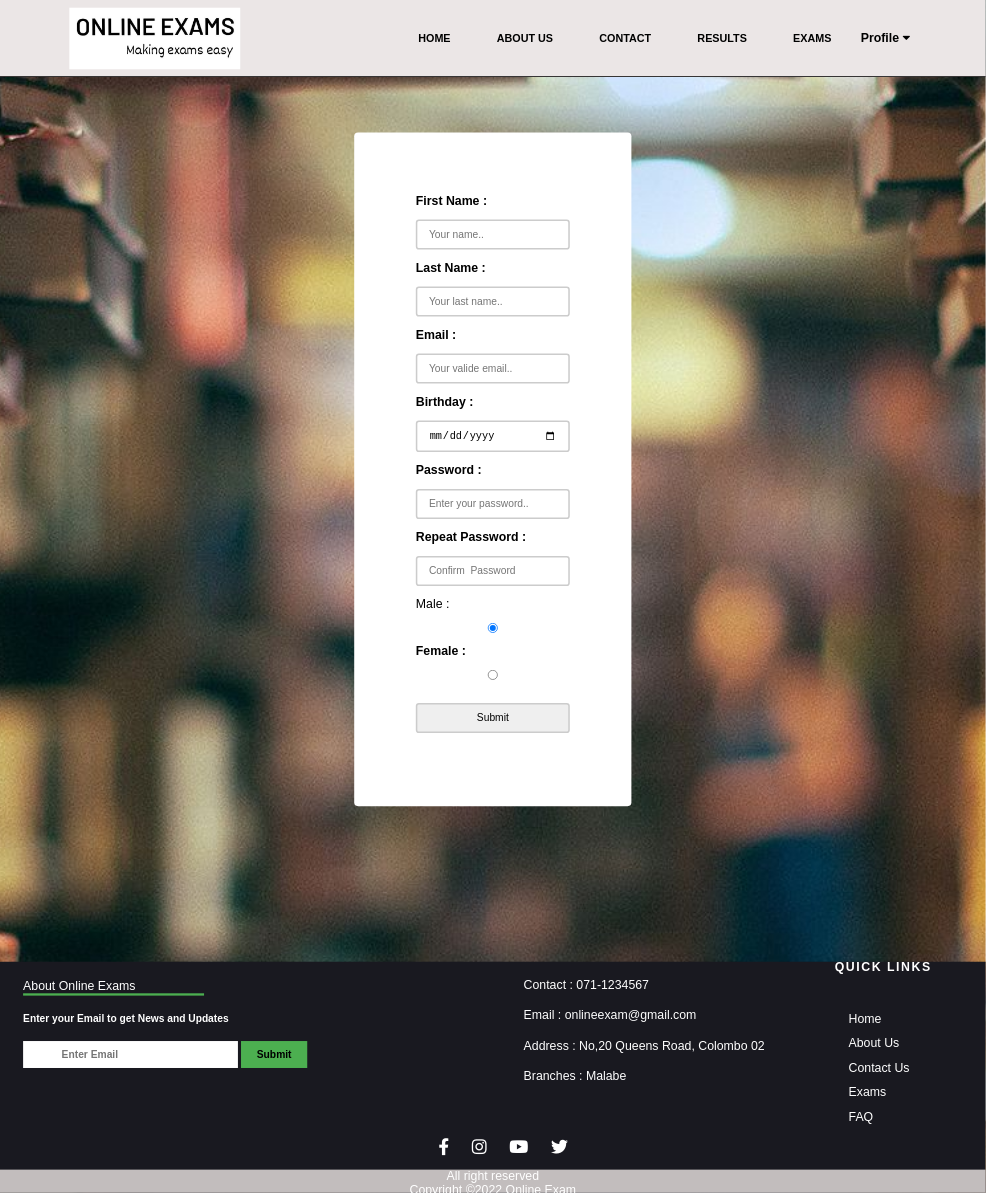
Repository: Isurinda-Shamika/online-exam
Page: http://localhost/online_exam/register.jsp
An editor plug-in stored every save of this project. The page is shown before and after the next save, followed by the edit.
The browser window is 1280 px wide. The pictures show the whole page, at 77% of full size.
Some web libraries are served in a nearby version. The page is served by Tomcat 9. Nobody is signed in. The application's start-up code is not run.

Above is the page before, as saved 2022-11-10 11:35:43.

After the next save:
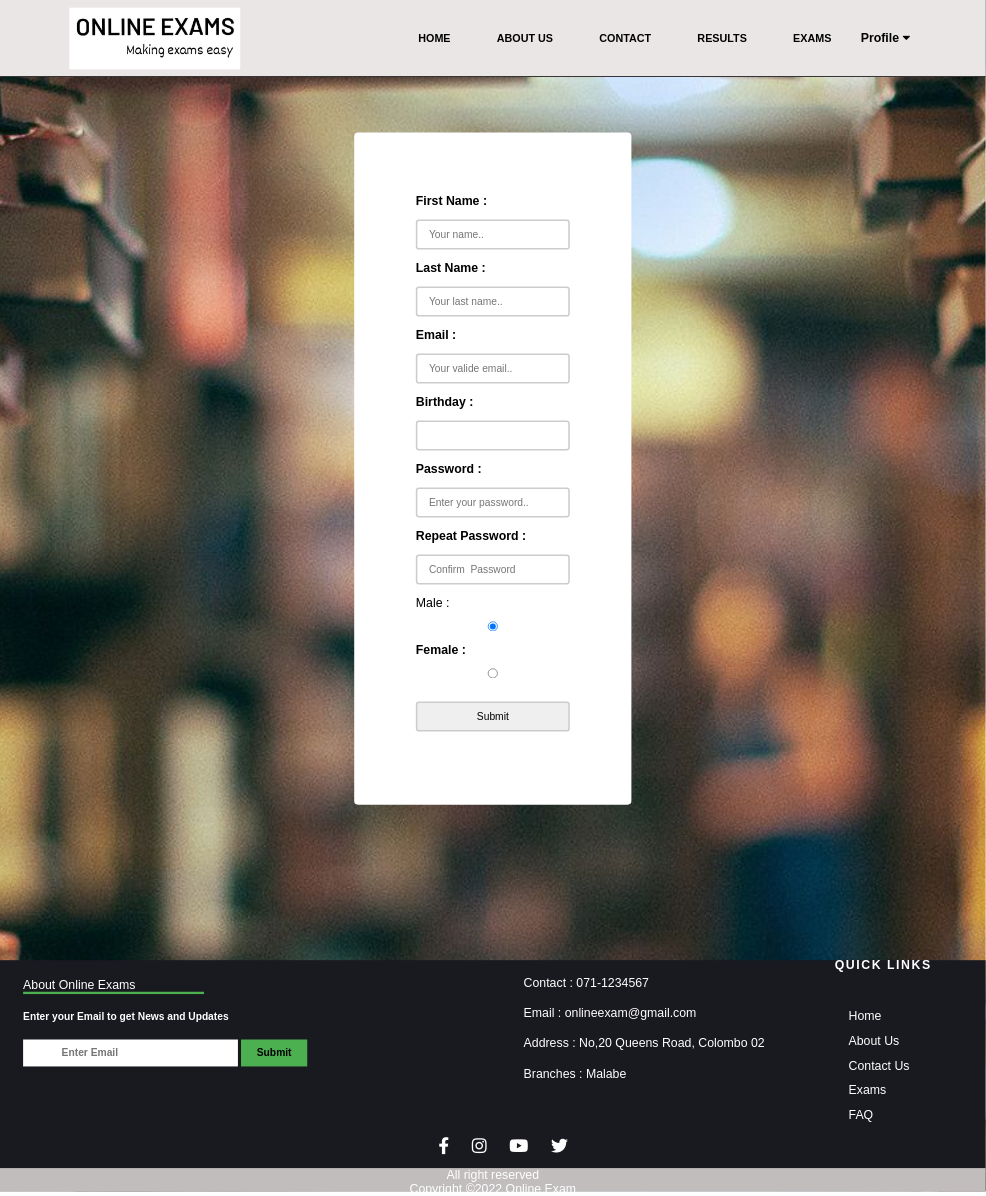
Saved 57 s later.
--- a/online exam/src/main/webapp/register.jsp
+++ b/online exam/src/main/webapp/register.jsp
@@ -69,7 +69,7 @@
                             </div>
                             <div class="form-group">
                                 <label for="birthday"><b>Birthday :</b></label>
-                                <input class="form-element" type="date" id="birthday" name="birthday" required>
+                                <input class="form-element" type="text" id="birthday" name="birthday" required>
 
                             </div>
                         </div>
